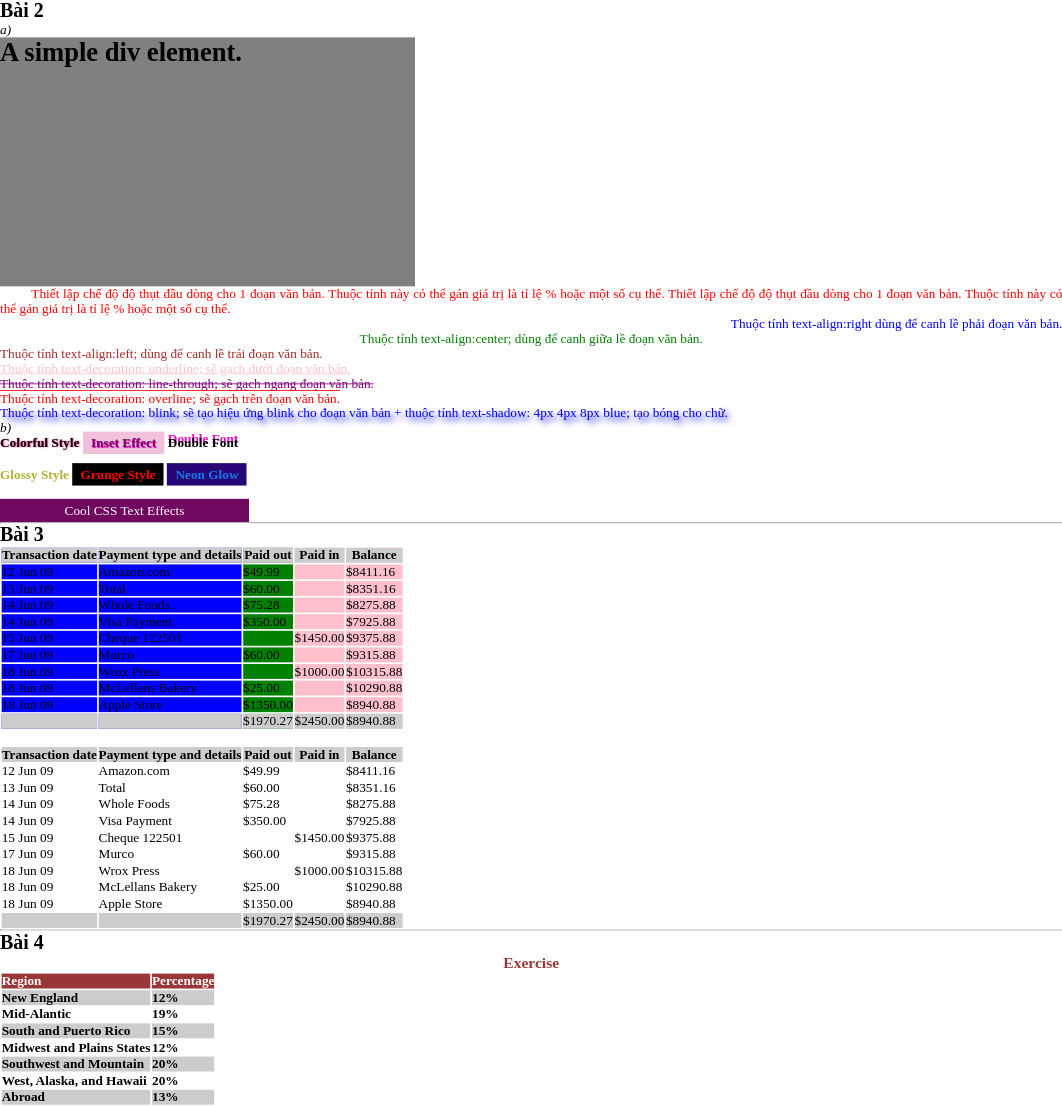
Repository: hoangnguyen1903/STT_21084321_NguyenHuyHoang_DHKHMT17B
Page: html/index.html
These files come from the project's save history. The page is drawn as it stood at one moment and after the next save; the edit follows.
The browser window is 1280 px wide. The pictures show the whole page, at 83% of full size.

Above is the page before, as saved 2023-03-02 14:40:56.

### html/index.html
<!DOCTYPE html>
<html lang="en">
  <head>
    <meta charset="UTF-8" />
    <meta http-equiv="X-UA-Compatible" content="IE=edge" />
    <meta name="viewport" content="width=device-width, initial-scale=1.0" />
    <title>CSS</title>

    <style>
      * {
        box-sizing: border-box;
        padding: 0;
        margin: 0;
      }
      #bai4 > table {
        font-family: "Trebuchet MS, Arial, Helvetica, sans-serif";
      }

      #bai4 > h3 {
        color: #993738;
        text-align: center;
      }

      #bai4 > table > thead {
        color: #fff;
        background-color: #993738;
        text-align: left;
      }

      #bai4 > table > tbody > tr:nth-child(odd) {
        color: black;
        background-color: #ccc;
        text-align: left;
      }
      #bai4 > table > tbody > tr:nth-child(even) {
        color: black;
        text-align: left;
      }

      #bai4 > table > thead > th,
      #bai4 > table > tbody > td {
        padding: 5px 10px;
      }
    </style>
  </head>
  <body>
    <h2><b>Bài 2</b></h2>
    <p><i>a)</i></p>
    <div
      id="container"
      style="width: 500px; height: 300px; background-color: gray"
    >
      <h1>A simple div element.</h1>
    </div>
    <p style="text-indent: 1cm; color: red; text-align: justify">
      Thiết lập chế độ độ thụt đầu dòng cho 1 đoạn văn bản. Thuộc tính này có
      thể gán giá trị là tỉ lệ % hoặc một số cụ thể. Thiết lập chế độ độ thụt
      đầu dòng cho 1 đoạn văn bản. Thuộc tính này có thể gán giá trị là tỉ lệ %
      hoặc một số cụ thể.
    </p>
    <p style="text-align: right; color: blue">
      Thuộc tính text-align:right dùng để canh lề phải đoạn văn bản.
    </p>
    <p style="text-align: center; color: green">
      Thuộc tính text-align:center; dùng để canh giữa lề đoạn văn bản.
    </p>
    <p style="text-align: left; color: brown">
      Thuộc tính text-align:left; dùng để canh lề trái đoạn văn bản.
    </p>
    <p style="text-decoration: underline; color: pink">
      Thuộc tính text-decoration: underline; sẽ gạch dưới đoạn văn bản.
    </p>
    <p style="text-decoration: line-through; color: purple">
      Thuộc tính text-decoration: line-through; sẽ gạch ngang đoạn văn bản.
    </p>
    <p style="text-decoration: overline; color: red">
      Thuộc tính text-decoration: overline; sẽ gạch trên đoạn văn bản.
    </p>
    <p
      style="
        text-decoration: blink;
        text-align: justify;
        color: blue;
        text-shadow: 4px 4px 8px blue;
      "
    >
      Thuộc tính text-decoration: blink; sẽ tạo hiệu ứng blink cho đoạn văn bản
      + thuộc tính text-shadow: 4px 4px 8px blue; tạo bóng cho chữ.
    </p>
    <p><i>b)</i></p>
    <div>
      <span
        style="
          color: black;
          font-weight: bold;
          text-shadow: 1px -1px 2px rgba(238, 12, 106, 0.986);
        "
        >Colorful Style</span
      >
      <span
        style="
          color: #70085f;
          background: #f1c0db;
          padding: 5px 10px;
          font-weight: bold;
          text-shadow: #eb0bc5 1px 1px 0;
        "
        >Inset Effect</span
      >
      <span style="text-shadow: 0px -5px 0 #eb0bc5; font-weight: bold"
        >Double Font</span
      >
    </div>
    <div style="margin-top: 20px">
      <span
        style="
          color: rgb(175, 175, 48);
          text-shadow: 4px 2px 2px #fff;
          font-weight: bold;
        "
        >Glossy Style</span
      >
      <span
        style="
          color: red;
          background-color: black;
          padding: 5px 10px;
          font-weight: bold;
        "
        >Grunge Style</span
      >
      <span
        style="
          color: rgb(20, 122, 238);
          background-color: rgb(39, 5, 119);
          padding: 5px 10px;
          font-weight: bold;
        "
        >Neon Glow</span
      >
    </div>
    <div
      style="
        color: #fff;
        background-color: #70085f;
        text-align: center;
        padding: 5px 10px;
        margin-top: 20px;
        width: 300px;
      "
    >
      Cool CSS Text Effects
    </div>
    <hr />
    <h2><b>Bài 3</b></h2>
    <table>
      <colgroup>
        <col span="6" style="background-color: blue" />
        <col span="6" style="background-color: blue" />
        <col span="2" style="background-color: green" />
        <col span="2" style="background-color: pink" />
        <col span="3" style="background-color: pink" />
      </colgroup>
      <tr style="background-color: #ccc">
        <th colspan="6">Transaction date</th>
        <th colspan="6">Payment type and details</th>
        <th colspan="2">Paid out</th>
        <th colspan="2">Paid in</th>
        <th colspan="3">Balance</th>
      </tr>

      <tr>
        <td colspan="6">12 Jun 09</td>
        <td colspan="6">Amazon.com</td>
        <td colspan="2">$49.99</td>
        <td colspan="2"></td>
        <td colspan="3">$8411.16</td>
      </tr>
      <tr>
        <td colspan="6">13 Jun 09</td>
        <td colspan="6">Total</td>
        <td colspan="2">$60.00</td>
        <td colspan="2"></td>
        <td colspan="3">$8351.16</td>
      </tr>
      <tr>
        <td colspan="6">14 Jun 09</td>
        <td colspan="6">Whole Foods</td>
        <td colspan="2">$75.28</td>
        <td colspan="2"></td>
        <td colspan="3">$8275.88</td>
      </tr>
      <tr>
        <td colspan="6">14 Jun 09</td>
        <td colspan="6">Visa Payment</td>
        <td colspan="2">$350.00</td>
        <td colspan="2"></td>
        <td colspan="3">$7925.88</td>
      </tr>
      <tr>
        <td colspan="6">15 Jun 09</td>
        <td colspan="6">Cheque 122501</td>
        <td colspan="2"></td>
        <td colspan="2">$1450.00</td>
        <td colspan="3">$9375.88</td>
      </tr>
      <tr>
        <td colspan="6">17 Jun 09</td>
        <td colspan="6">Murco</td>
        <td colspan="2">$60.00</td>
        <td colspan="2"></td>
        <td colspan="3">$9315.88</td>
      </tr>
      <tr>
        <td colspan="6">18 Jun 09</td>
        <td colspan="6">Wrox Press</td>
        <td colspan="2"></td>
        <td colspan="2">$1000.00</td>
        <td colspan="3">$10315.88</td>
      </tr>
      <tr>
        <td colspan="6">18 Jun 09</td>
        <td colspan="6">McLellans Bakery</td>
        <td colspan="2">$25.00</td>
        <td colspan="2"></td>
        <td colspan="3">$10290.88</td>
      </tr>
      <tr>
        <td colspan="6">18 Jun 09</td>
        <td colspan="6">Apple Store</td>
        <td colspan="2">$1350.00</td>
        <td colspan="2"></td>
        <td colspan="3">$8940.88</td>
      </tr>

      <tr style="background-color: #ccc">
        <td colspan="6"></td>
        <td colspan="6"></td>
        <td colspan="2">$1970.27</td>
        <td colspan="2">$2450.00</td>
        <td colspan="3">$8940.88</td>
      </tr>
    </table>
    <br />
    <table>
      <tr style="background-color: #ccc">
        <th colspan="6">Transaction date</th>
        <th colspan="6">Payment type and details</th>
        <th colspan="2">Paid out</th>
        <th colspan="2">Paid in</th>
        <th colspan="3">Balance</th>
      </tr>

      <tr>
        <td colspan="6">12 Jun 09</td>
        <td colspan="6">Amazon.com</td>
        <td colspan="2">$49.99</td>
        <td colspan="2"></td>
        <td colspan="3">$8411.16</td>
      </tr>
      <tr>
        <td colspan="6">13 Jun 09</td>
        <td colspan="6">Total</td>
        <td colspan="2">$60.00</td>
        <td colspan="2"></td>
        <td colspan="3">$8351.16</td>
      </tr>
      <tr>
        <td colspan="6">14 Jun 09</td>
        <td colspan="6">Whole Foods</td>
        <td colspan="2">$75.28</td>
        <td colspan="2"></td>
        <td colspan="3">$8275.88</td>
      </tr>
      <tr>
        <td colspan="6">14 Jun 09</td>
        <td colspan="6">Visa Payment</td>
        <td colspan="2">$350.00</td>
        <td colspan="2"></td>
        <td colspan="3">$7925.88</td>
      </tr>
      <tr>
        <td colspan="6">15 Jun 09</td>
        <td colspan="6">Cheque 122501</td>
        <td colspan="2"></td>
        <td colspan="2">$1450.00</td>
        <td colspan="3">$9375.88</td>
      </tr>
      <tr>
        <td colspan="6">17 Jun 09</td>
        <td colspan="6">Murco</td>
        <td colspan="2">$60.00</td>
        <td colspan="2"></td>
        <td colspan="3">$9315.88</td>
      </tr>
      <tr>
        <td colspan="6">18 Jun 09</td>
        <td colspan="6">Wrox Press</td>
        <td colspan="2"></td>
        <td colspan="2">$1000.00</td>
        <td colspan="3">$10315.88</td>
      </tr>
      <tr>
        <td colspan="6">18 Jun 09</td>
        <td colspan="6">McLellans Bakery</td>
        <td colspan="2">$25.00</td>
        <td colspan="2"></td>
        <td colspan="3">$10290.88</td>
      </tr>
      <tr>
        <td colspan="6">18 Jun 09</td>
        <td colspan="6">Apple Store</td>
        <td colspan="2">$1350.00</td>
        <td colspan="2"></td>
        <td colspan="3">$8940.88</td>
      </tr>

      <tr style="background-color: #ccc">
        <td colspan="6"></td>
        <td colspan="6"></td>
        <td colspan="2">$1970.27</td>
        <td colspan="2">$2450.00</td>
        <td colspan="3">$8940.88</td>
      </tr>
    </table>
    <hr />
    <h2><b>Bài 4</b></h2>
    <div id="bai4">
      <h3>Exercise</h3>
      <table>
        <thead>
          <tr>
            <th span="12">Region</th>
            <th span="8">Percentage</th>
          </tr>
        </thead>
        <tbody>
          <tr>
            <th span="12">New England</th>
            <th span="8">12%</th>
          </tr>
          <tr>
            <th span="12">Mid-Alantic</th>
            <th span="8">19%</th>
          </tr>
          <tr>
            <th span="12">South and Puerto Rico</th>
            <th span="8">15%</th>
          </tr>
          <tr>
            <th span="12">Midwest and Plains States</th>
            <th span="8">12%</th>
          </tr>
          <tr>
            <th span="12">Southwest and Mountain</th>
            <th span="8">20%</th>
          </tr>
          <tr>
            <th span="12">West, Alaska, and Hawaii</th>
            <th span="8">20%</th>
          </tr>
          <tr>
            <th span="12">Abroad</th>
            <th span="8">13%</th>
          </tr>
        </tbody>
      </table>
    </div>
  </body>
</html>

After the next save:
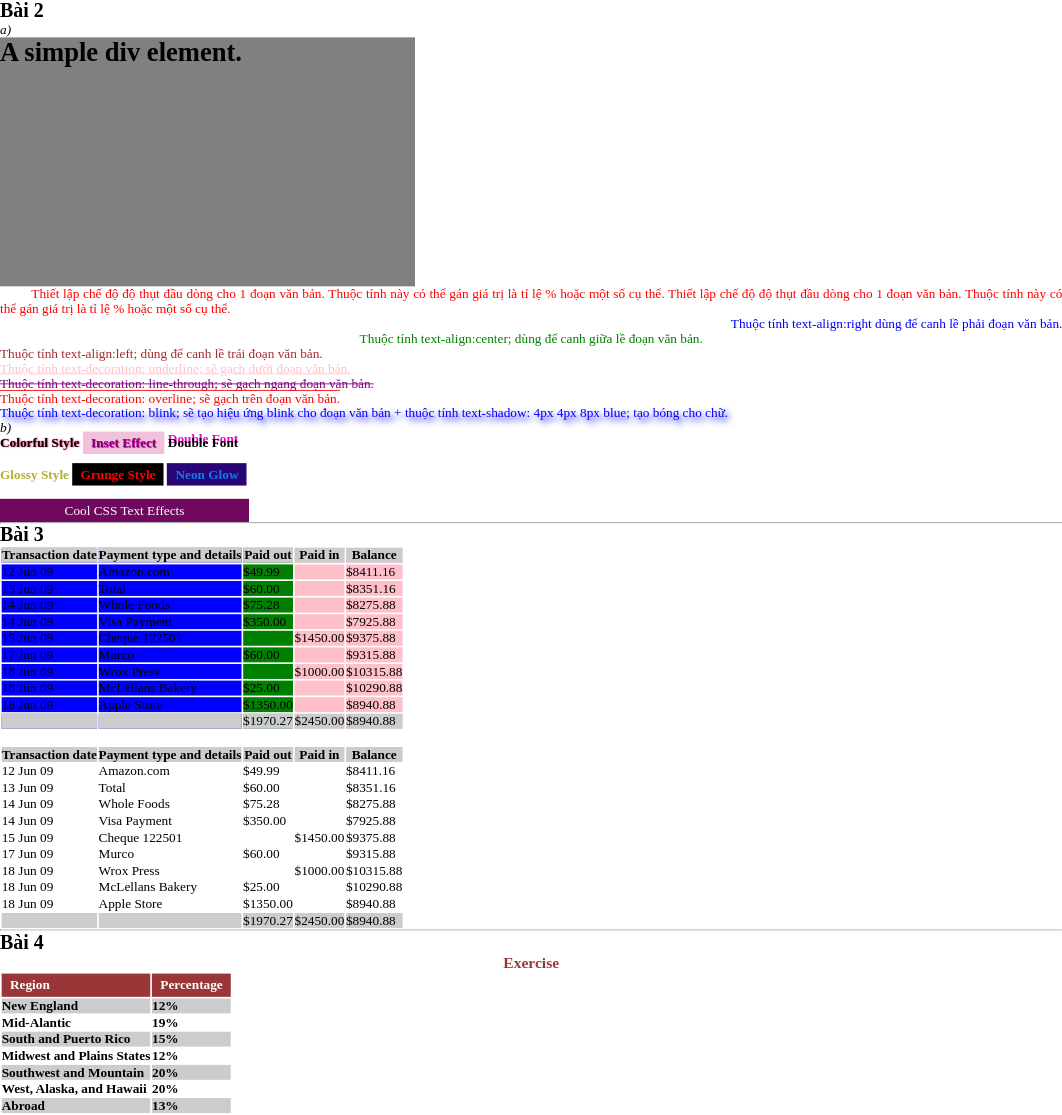
Saved 11 s later.
--- a/html/index.html
+++ b/html/index.html
@@ -37,8 +37,8 @@
         text-align: left;
       }
 
-      #bai4 > table > thead > th,
-      #bai4 > table > tbody > td {
+      #bai4 > table > thead > tr > th,
+      #bai4 > table > tbody > tr > td {
         padding: 5px 10px;
       }
     </style>
